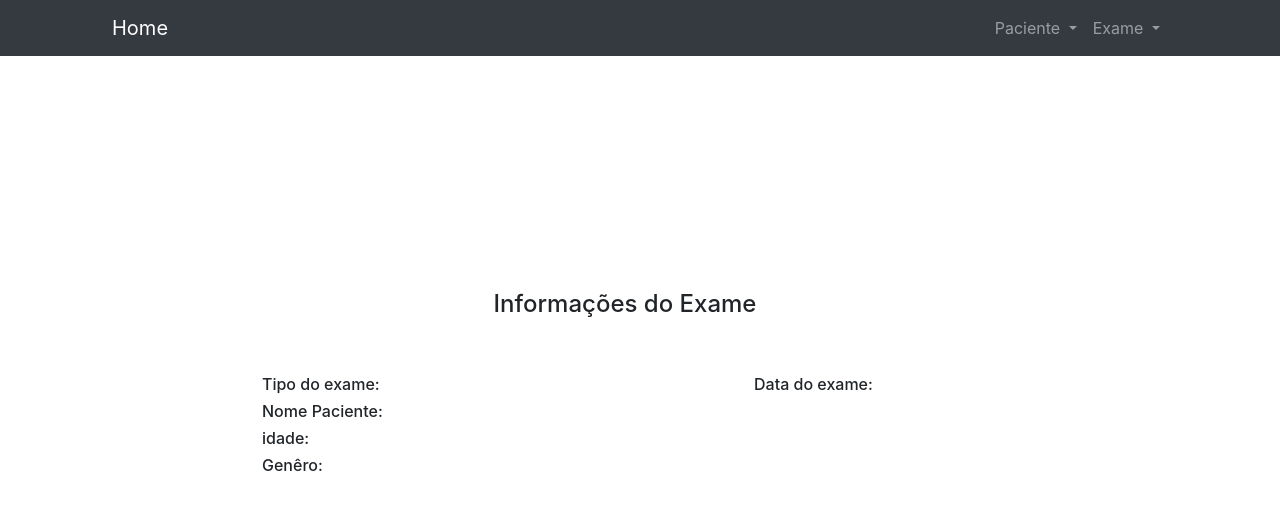
Repository: noobDevPRB/struts2_project
Page: http://localhost/Projeto_SOCTest/WEB-INF/jsp/exame/visualizar.jsp
These files come from the project's save history. The page is drawn as it stood at one moment and after the next save; the edit follows.
The browser window is 1280 px wide. The pictures show the whole page.
The page is served by Tomcat 9. Nobody is signed in. The template is opened directly, without the code that normally fills it, so the values that code supplies are empty.

Above is the page before, as saved 2020-10-18 18:51:20.

After the next save:
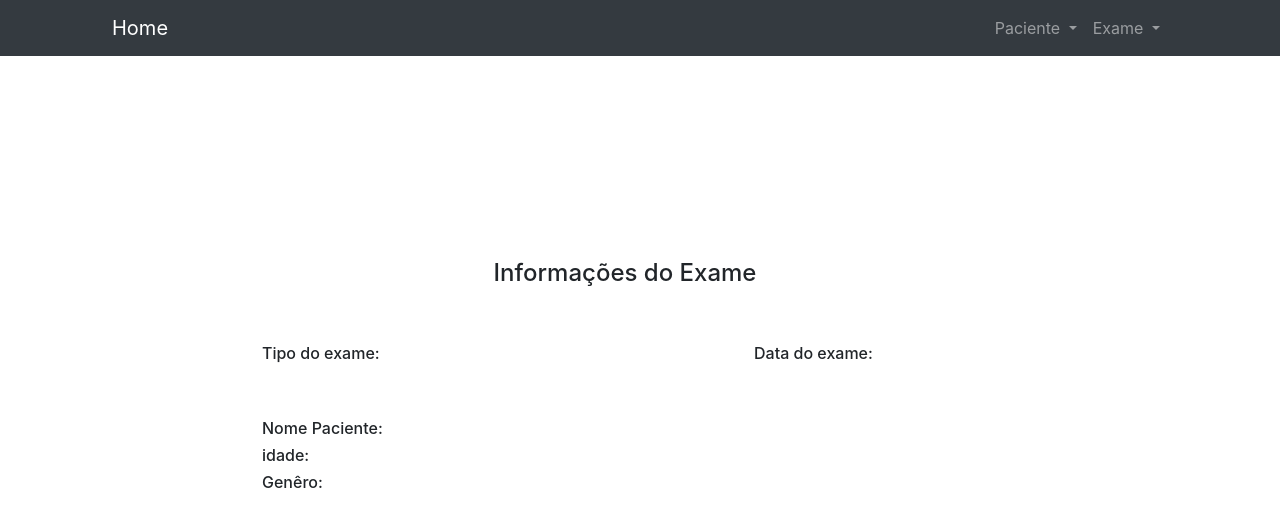
Saved 27 s later.
--- a/Projeto_SOCTest/WebContent/WEB-INF/jsp/exame/visualizar.jsp
+++ b/Projeto_SOCTest/WebContent/WEB-INF/jsp/exame/visualizar.jsp
@@ -28,7 +28,7 @@
 						</div>
 					</div>
 
-					<div class="row">
+					<div class="row pt-5">
 						<div class="col">
 							<h6>Nome Paciente: ${exame.examePaciente.nm_cmplt}</h6>
 						</div>
